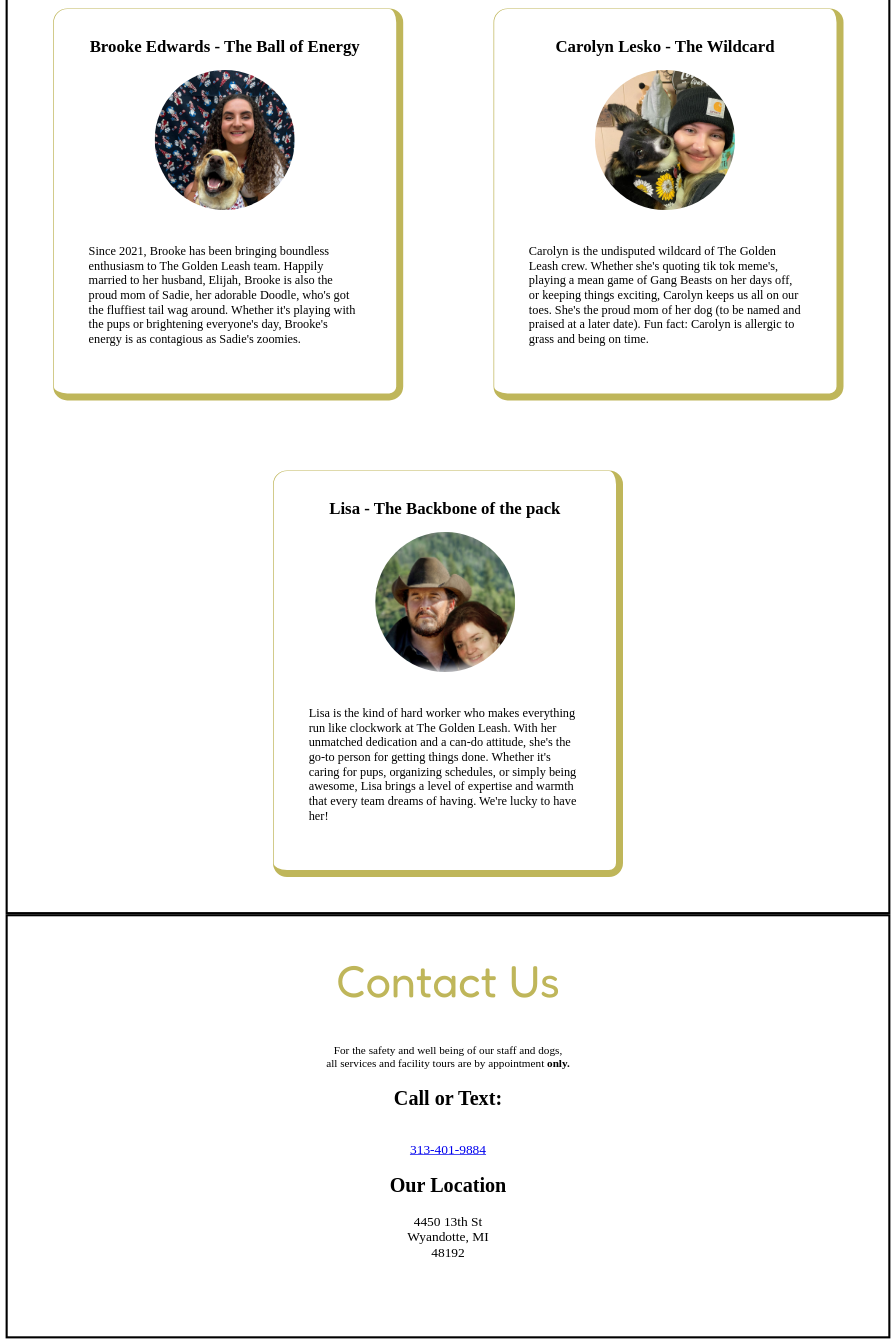
Repository: Aworminator/Thegoldenleash
Page: index.html
These files come from the project's save history. The page is drawn as it stood at one moment and after the next save; the edit follows.
The browser window is 1280 px wide. The pictures show the part of the page from y = 2820 to 4740 px (the page is 4740 px tall), at 70% of full size.

Above is the page before, as saved 2025-07-23 22:29:43.

After the next save:
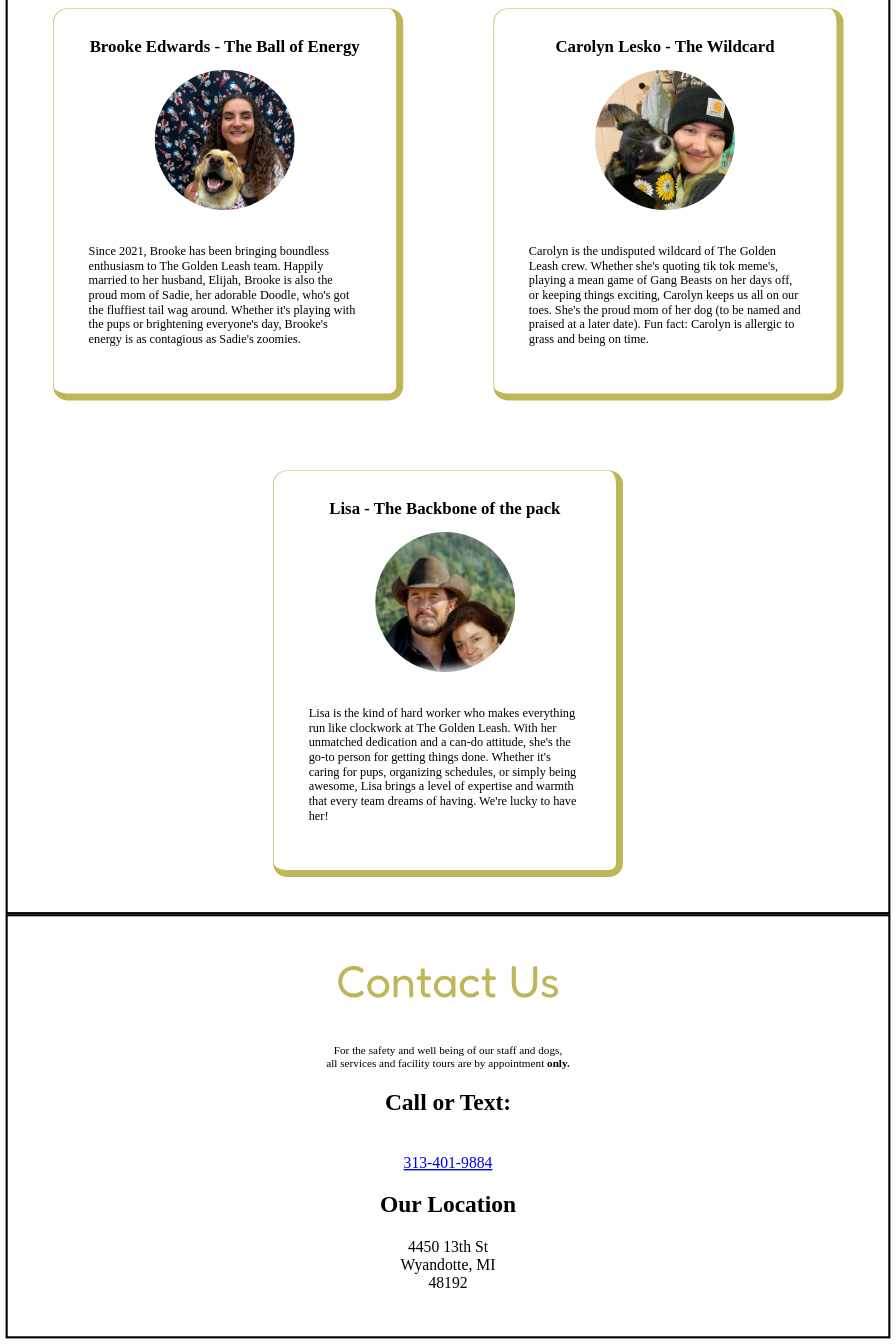
Saved 8 s later.
--- a/style.css
+++ b/style.css
@@ -229,7 +229,7 @@ li {
 }
 
 .callOrText {
-  font-size: 1.2em;
+  font-size: 1.4em;
 }
 
 @keyframes slide-fwd-tr {
